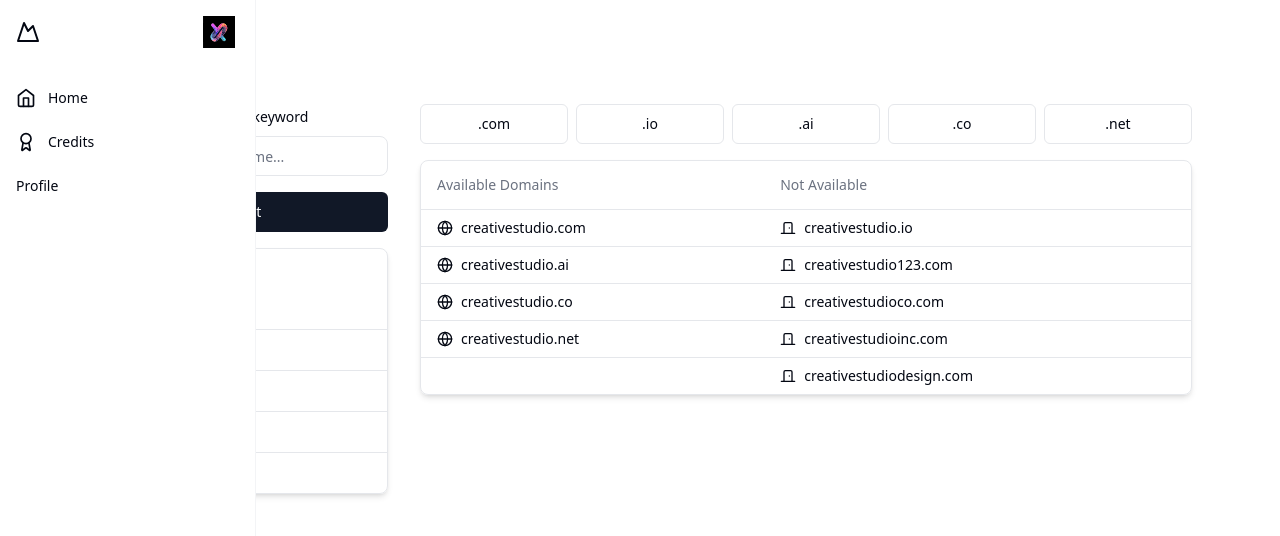
Repository: EliDorf/nyme
Page: /
An editor plug-in stored every save of this project. The page is shown before and after the next save, followed by the edit.
The browser window is 1280 px wide. The pictures show the whole page.
The page's requests for data from a server got no answer. The project was rebuilt for these pictures with package versions that can differ from the ones it lists, and the page was loaded fresh each time. Some packages were replaced by stand-ins written for this rebuild. The framework's server and built-in components were replaced by stand-ins that run in the browser. No one was signed in, and anything a server would have sent is missing. Also part of the build but not shown: next.config.mjs, lib/utils.ts, components/ui/alert-dialog.tsx, components/shared/InsufficientCreditsModal.tsx.

Above is the page before, as saved 2024-07-27 23:06:47.

After the next save:
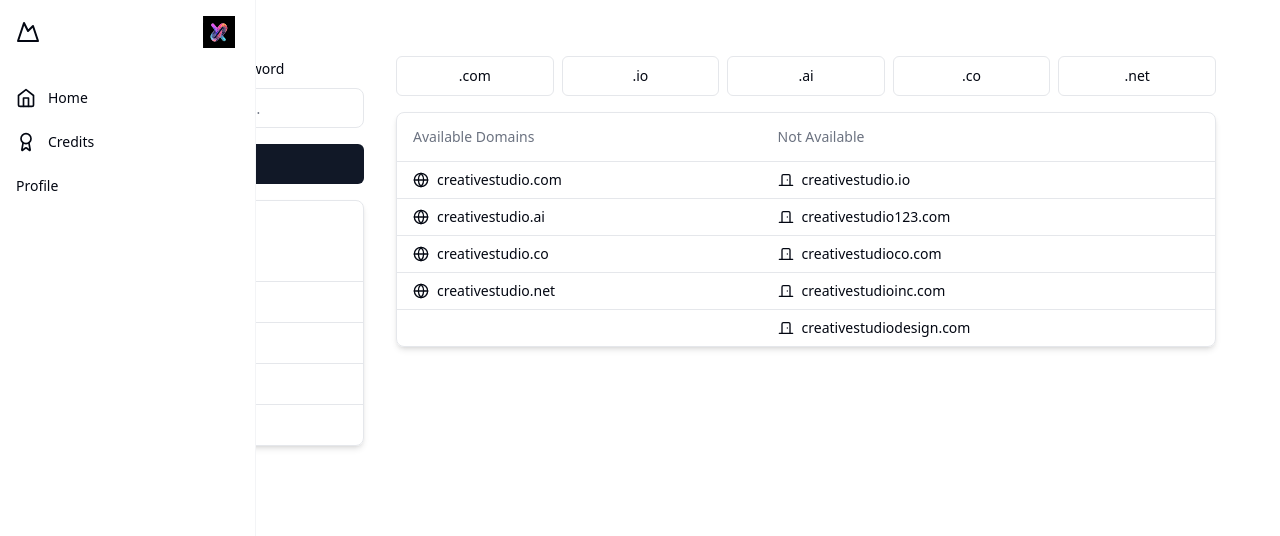
Saved 58 s later.
--- a/components/component/Dashboard.tsx
+++ b/components/component/Dashboard.tsx
@@ -31,7 +31,7 @@ export function Dashboard() {
   }
 
   return (
-    <div className="grid grid-cols-1 md:grid-cols-[300px_1fr] gap-8 w-full max-w-6xl mx-auto py-12 px-4 md:px-6">
+    <div className="grid grid-cols-1 md:grid-cols-[300px_1fr] gap-8 w-full max-w-6xl mx-auto">
       <div className="flex flex-col gap-4">
         <div className="space-y-2">
           <Label htmlFor="name" className="font-medium">
